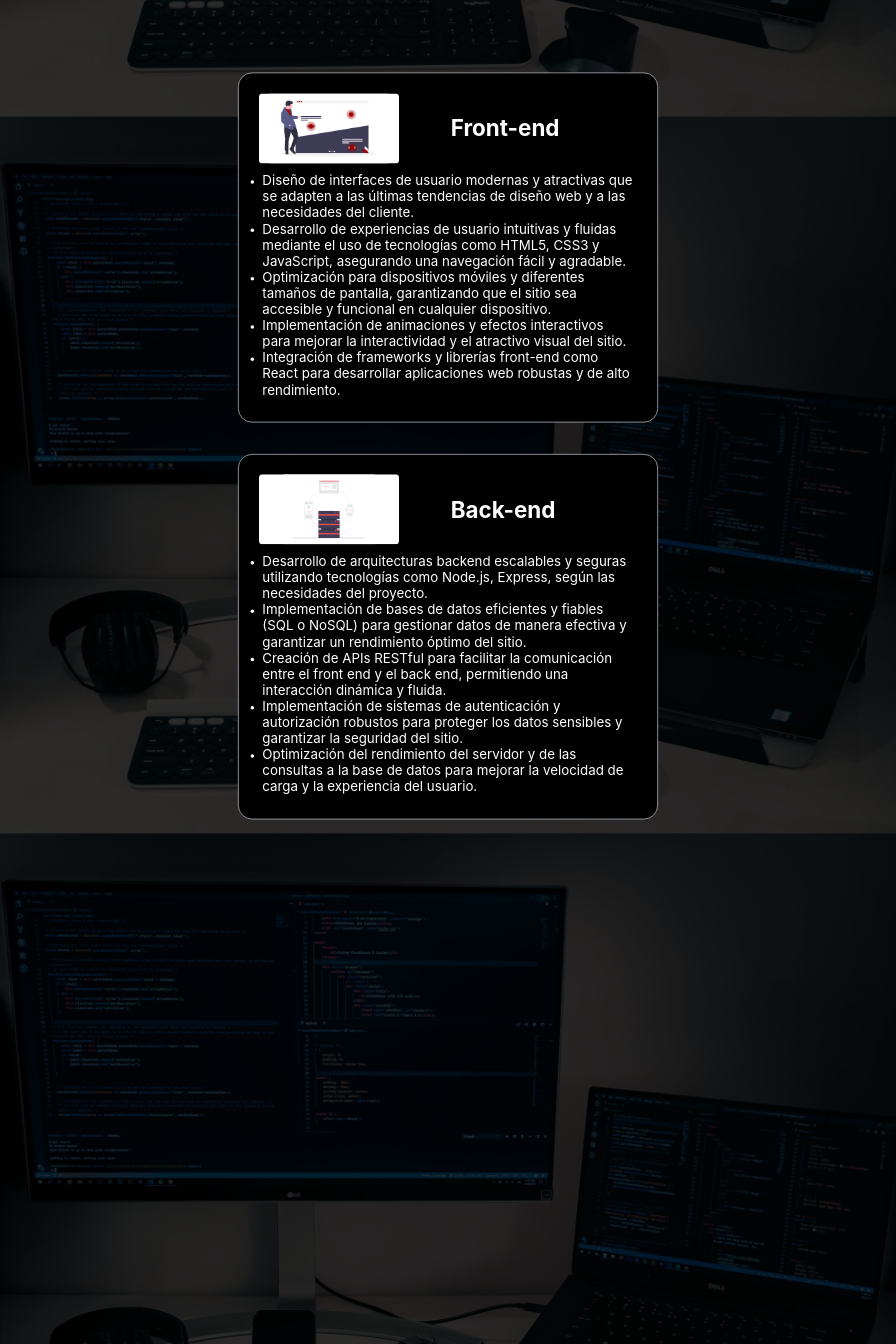
Repository: DamianBermudez94/DB-Porfolio
Page: /
These files come from the project's save history. The page is drawn as it stood at one moment and after the next save; the edit follows.
The browser window is 1280 px wide. The pictures show the part of the page from y = 1881 to 3801 px (the page is 5494 px tall before and 5531 px after), at 70% of full size.
Backgrounds fixed to the window are drawn as part of the page. Some web libraries are served in a nearby version. The project was rebuilt for these pictures with package versions that can differ from the ones it lists, and the page was loaded fresh each time. Also part of the build but not shown: vite.config.js, src/components/Conocimientos/styles.css, src/components/Conocimientos/Conocimientos.jsx, src/pages/AcerdaDe.jsx, src/components/Contacto/styles.css, src/components/Contacto/Contact.jsx, src/pages/contacto.jsx, src/data/trabajos.js and 4 more.

Above is the page before, as saved 2024-04-02 09:59:25.

After the next save:
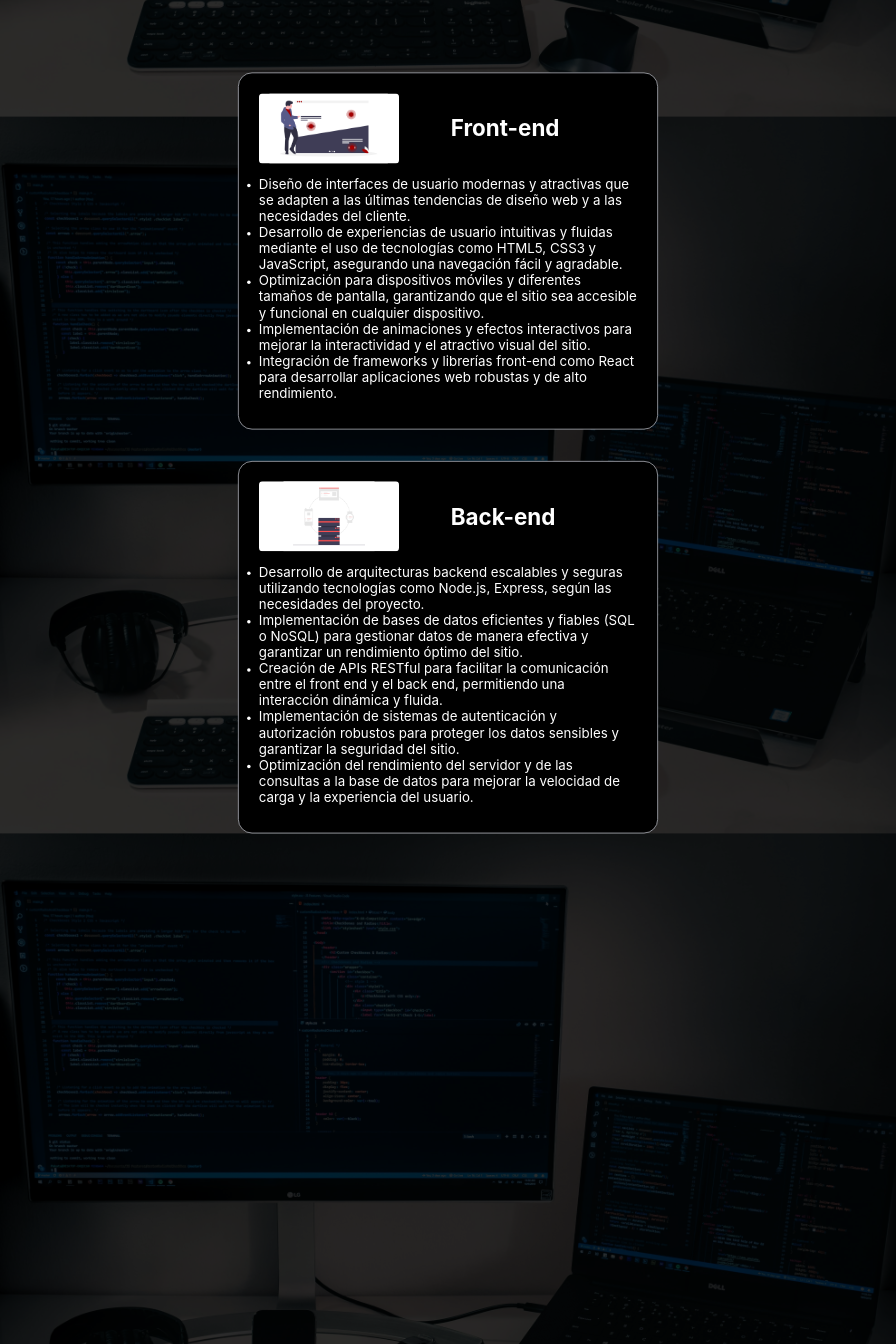
Saved 12 s later.
--- a/src/components/Servicios/styles.css
+++ b/src/components/Servicios/styles.css
@@ -69,8 +69,7 @@
 }
 .card-details ul {
   grid-column: span 2;
-  margin: 0 auto;
-  padding: 5px;
+  margin: 10px auto
 }
 .card-details ul li p {
   font-size: 19px;
